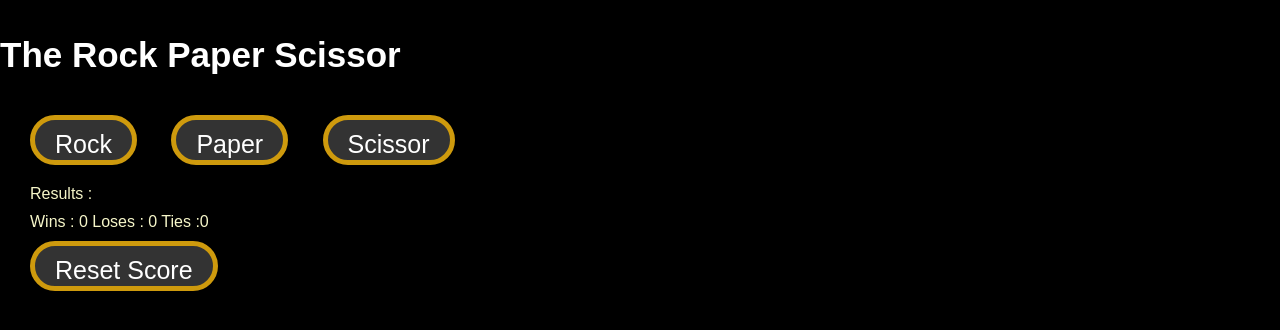
Repository: Drdregboss89/js-practical-projects
Page: index.html
The author's editor kept a copy of each file at every save. The page is drawn from the files as they stood at one save, then again after the next save.
The browser window is 1280 px wide. The pictures show the whole page.

Above is the page before, as saved 2023-06-23 09:42:20.
Console error (its wording comes from the project's code and is left out).

### index.html
<!-- @format -->
<!DOCTYPE html>
<html lang="ENG">
  <head>
    <title>Rock Paper Scissor</title>
    <meta name="viewport" content="width=device-width, initial-scale=1.0" />
    <link rel="stylesheet" type="text/css" href="./fontawesome.min.css" />
    <link rel="stylesheet" type="text/css" href="./all.min.css" />
    <link rel="stylesheet" type="text/css" href="./line-awesome.min.css" />
    <link rel="stylesheet" type="text/css" href="index.css" />
  </head>
  <body>
    <h1>The Rock Paper Scissor</h1>

      <button onclick="playGame('Rock');">Rock</button>
      <button onclick="playGame('Paper');">Paper</button>
      <button onclick="playGame('Scissor');">Scissor</button>
      <p class="js-result">Results :</p>
      <p class="js-move">

      </p>
      <p class="js-score"></p>
      <button
        onclick="
      score.wins:0;
      score.loses:0;
      score.ties:0;
      localStorage.removeItem('score');"
      updateScore();
      >
        Reset Score
      </button>


    <script src="index.js"></script>
  </body>
</html>

### index.css
/** @format */

 .root {
  --main-color: #379237;
  --font-color: #f0ff42;
  --border-color: #001253;
  --body-color: #f6f6c9;
}
* {
  margin: 0;
  padding: 0;
  font-family: Poppins, sans-serif;
  box-sizing: border-box;
  background-color:black;

}

 h1 {

  margin-bottom: 40px;
  margin-top: 35px;
  font-size: 35px;
  font-weight: :800;
  color:white;
}
p{
  color:#f6f6c9;
  margin-left: 30px;
  margin-bottom: 10px;
  margin-top: 10px;
}

button {
  padding: 10px 20px;
  font-size: 25px;
  height:50px;
  border-radius:75px;
  border: 5px solid rgb(206, 154, 13);
  margin-left: 30px;
  margin-bottom: 10px;
  background-color: #333;
  color: #fff;
}

### index.js
/** @format */

// let today = new Date();
// let hour = "";

// if ((hour) => 6 && hour < 12) {
//   console.log("good morning");
// } else if ((hour) => 12 && hour < 5) {
//   console.log("good day");
// }
let score = JSON.parse(localStorage.getItem("score")) || {
  wins : 0,
  loses : 0,
  ties:0
};/* short cut for using the if statement for setting default value*/ ;

/*if (!score shortcut for if score === null) {
  score{
    wins = 0,
    loses = 0,
    ties=0
  }
}*/
updateScore();

function playGame(selectMove) {
  const computerMove = rock();
  let result = "";

  if (selectMove === "Paper") {
    if (computerMove === "Rock") {
      result = "you loose";
    } else if (computerMove === "Scissor") {
      result = "you Win";
    } else if (computerMove === "Paper") {
      result = "Its a Tie";
    }
  } else if (selectMove === "Rock") {
    if (computerMove === "Rock") {
      result = "Tie";
    } else if (computerMove === "Scissor") {
      result = "you win";
    } else if (computerMove === "Paper") {
      result = "You Loose";
    }
  } else if (selectMove === "Scissor") {
    if (computerMove === "Rock") {
      result = "you Loose";
    } else if (computerMove === "Scissor") {
      result = "its a Tie";
    } else if (computerMove === "Paper") {
      result = "you Win";
    }
  }

  if (result === "you Win") {
    score.wins += 1;
  } else if (result === "you Loose") {
    score.loses += 1;
  } else if (result === "its a Tie") {
    score.ties += 1;
  }

  updateScore();

  localStorage.setItem("score", JSON.stringify(`score`));

  alert(`You select ${selectMove}. computer select ${computerMove}. ${result}
  Wins : ${score.wins} Loses : ${score.loses} Ties :${score.ties}`);
}

function updateScore() {
  document.querySelector(`.js-score`)
  .innerHTML =` Wins : ${score.wins} Loses : ${score.loses} Ties :${score.ties}`;

}

function rock() {
  const randomNumber = Math.random();
  let computerMove = "";

  if (randomNumber > 0 && randomNumber < 1 / 3) {
    computerMove = "Rock";
  } else if (randomNumber > 1 / 3 && randomNumber < 2 / 3) {
    computerMove = " Scissor";
  } else if (randomNumber > 2 / 3 && randomNumber < 1) {
    computerMove = " Paper";
  }
  return computerMove;
}

Loaded but not shown: fontawesome.min.css (library); all.min.css (library); line-awesome.min.css (library)

After the next save:
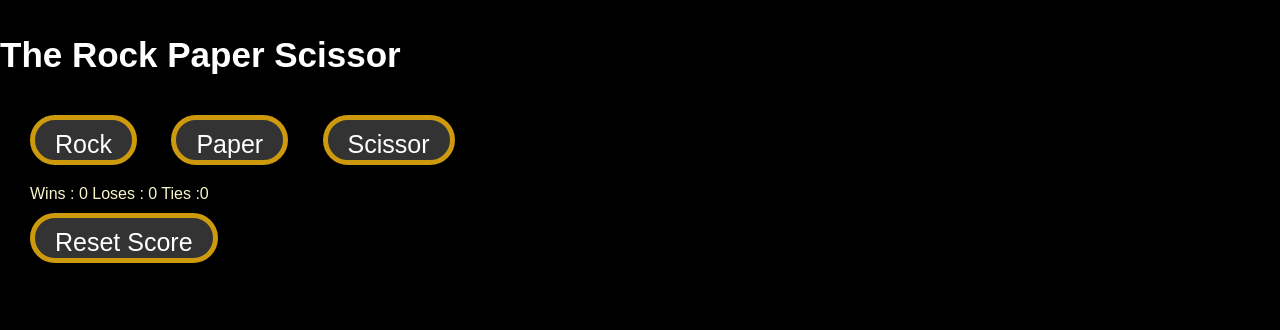
Saved 21 s later.
--- a/index.html
+++ b/index.html
@@ -15,10 +15,8 @@
       <button onclick="playGame('Rock');">Rock</button>
       <button onclick="playGame('Paper');">Paper</button>
       <button onclick="playGame('Scissor');">Scissor</button>
-      <p class="js-result">Results :</p>
-      <p class="js-move">
-
-      </p>
+      <p class="js-result"></p>
+      <p class="js-move"></p>
       <p class="js-score"></p>
       <button
         onclick="
